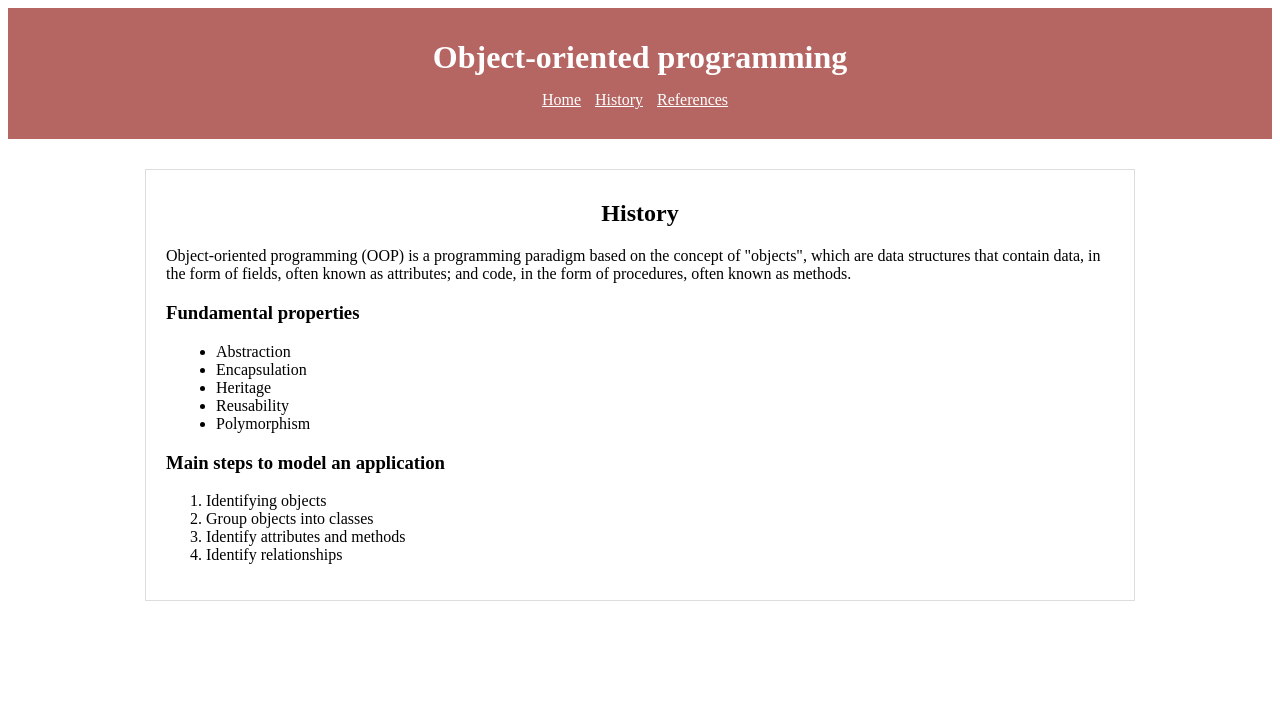
Repository: ReyesEvan/8.-Septimo_semestre
Page: Aplicaciones_en_ambientes_distribuidos/OOP/V3/history.html
The author's editor kept a copy of each file at every save. The page is drawn from the files as they stood at one save, then again after the next save.
The browser window is 1280 px wide. The pictures show the whole page.

Above is the page before, as saved 2019-09-30 18:36:18.

### Aplicaciones_en_ambientes_distribuidos/OOP/V3/history.html
<!DOCTYPE html>
<html>

<head>
	<link type="text/css" rel="stylesheet" href="main.css">
</head>

<body>
	<div class='header'>
		<h1>Object-oriented programming</h1>
		<ul class="nav">
			<li><a href="home.html">Home</a></li>
			<li><a href="history.html">History</a></li>
			<li><a href="references.html">References</a></li>
		</ul>
	</div>
	<div class='main-content'>
		<h2>History</h2>
		<p>Object-oriented programming (OOP) is a programming paradigm based on the concept of "objects", which are data
			structures that contain data, in the form of fields, often known as attributes; and code, in the form of
			procedures, often known as methods.
		</p>
		<h3>Fundamental properties</h3>
		<ul>
			<li>Abstraction</li>
			<li>Encapsulation</li>
			<li>Heritage</li>
			<li>Reusability</li>
			<li>Polymorphism</li>
		</ul>
		<h3>Main steps to model an application</h3>
		<ol>
			<li>Identifying objects</li>
			<li>Group objects into classes</li>
			<li>Identify attributes and methods</li>
			<li>Identify relationships</li>
		</ol>
	</div>
</body>

</html>

### Aplicaciones_en_ambientes_distribuidos/OOP/V3/main.css
body {
    padding: 0;
}

h1 {
    color: #ffffff;
    margin-bottom: 15px;
    text-align: center;
}

h2 {
    margin: 10px 0 20px 0;
    text-align: center
}

.header {
    padding: 10px;
    background-color: #b56663;
}

.header a {
    color: #ffffff;
    margin-right: 10px;
}

ul {
    padding: 0 0 0 50px;
}

.nav {
    padding-left: 0;
    margin: 5px 0 20px;
    text-align: center;
}

.nav li {
    display: inline;
}

.main-content {
    width: 75%;
    padding: 20px;
    border: 1px solid #dddddd;
    margin: 30px auto 0 auto;
}

After the next save:
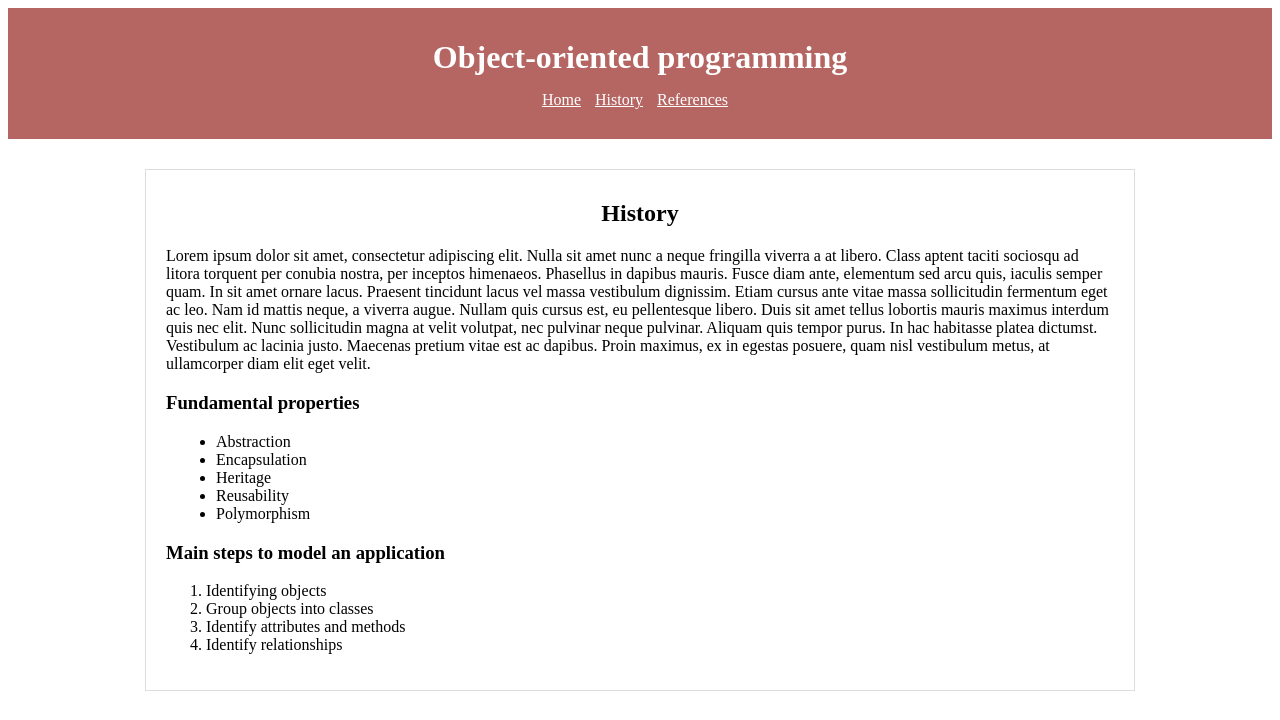
Saved 56 s later.
--- a/Aplicaciones_en_ambientes_distribuidos/OOP/V3/history.html
+++ b/Aplicaciones_en_ambientes_distribuidos/OOP/V3/history.html
@@ -16,9 +16,15 @@
 	</div>
 	<div class='main-content'>
 		<h2>History</h2>
-		<p>Object-oriented programming (OOP) is a programming paradigm based on the concept of "objects", which are data
-			structures that contain data, in the form of fields, often known as attributes; and code, in the form of
-			procedures, often known as methods.
+		<p>
+			Lorem ipsum dolor sit amet, consectetur adipiscing elit. Nulla sit amet nunc a neque fringilla viverra a at libero.
+			Class aptent taciti sociosqu ad litora torquent per conubia nostra, per inceptos himenaeos. Phasellus in dapibus
+			mauris. Fusce diam ante, elementum sed arcu quis, iaculis semper quam. In sit amet ornare lacus. Praesent tincidunt
+			lacus vel massa vestibulum dignissim. Etiam cursus ante vitae massa sollicitudin fermentum eget ac leo. Nam id mattis
+			neque, a viverra augue. Nullam quis cursus est, eu pellentesque libero. Duis sit amet tellus lobortis mauris maximus
+			interdum quis nec elit. Nunc sollicitudin magna at velit volutpat, nec pulvinar neque pulvinar. Aliquam quis tempor
+			purus. In hac habitasse platea dictumst. Vestibulum ac lacinia justo. Maecenas pretium vitae est ac dapibus. Proin
+			maximus, ex in egestas posuere, quam nisl vestibulum metus, at ullamcorper diam elit eget velit.
 		</p>
 		<h3>Fundamental properties</h3>
 		<ul>
